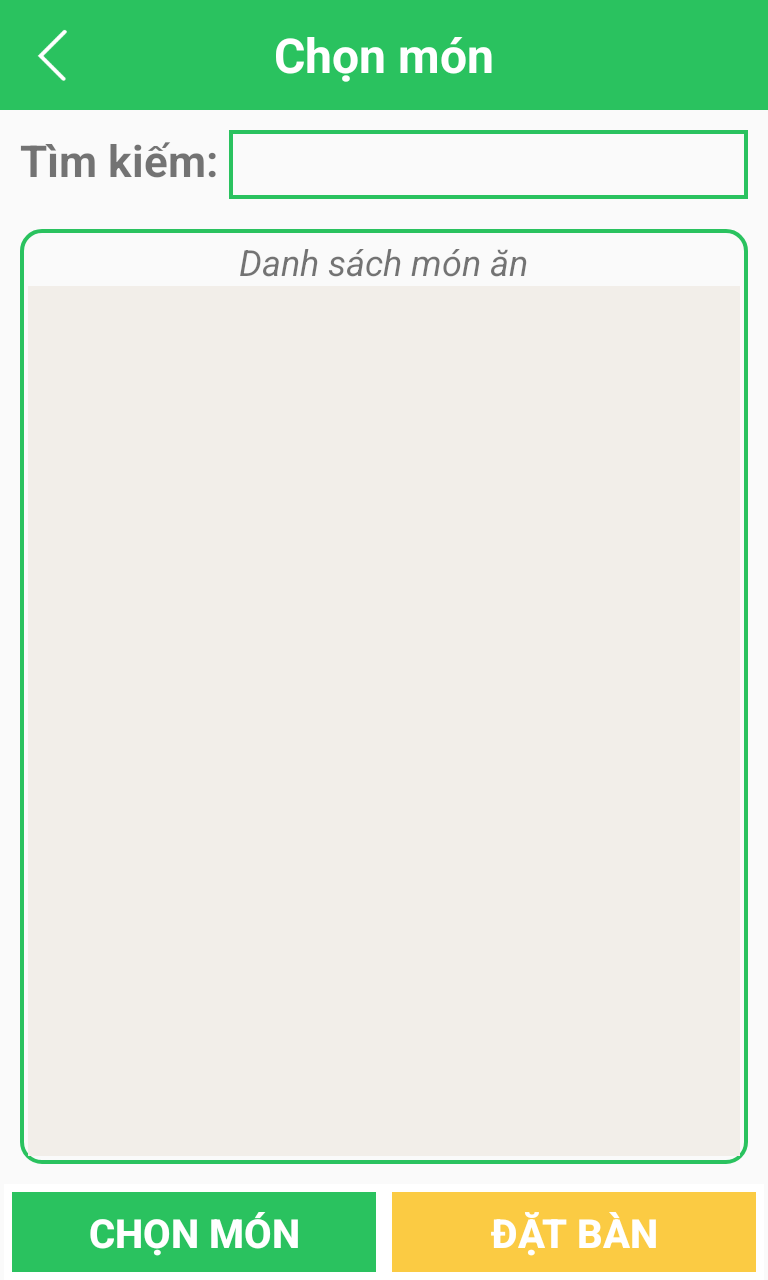
Repository: yenthanh132/Intelresment_AndroidClientApp
Layout: Intelresment/res/layout/activity_order.xml
An editor plug-in stored every save of this project. The layout is shown before and after the next save, followed by the edit.
It is drawn on a 768 x 1280 px phone screen (xhdpi) without system bars, with theme AppTheme; the app's code is not run. Lists and similar views that code fills are empty.

Above is the layout before, as saved 2014-12-27 07:54:03.

After the next save:
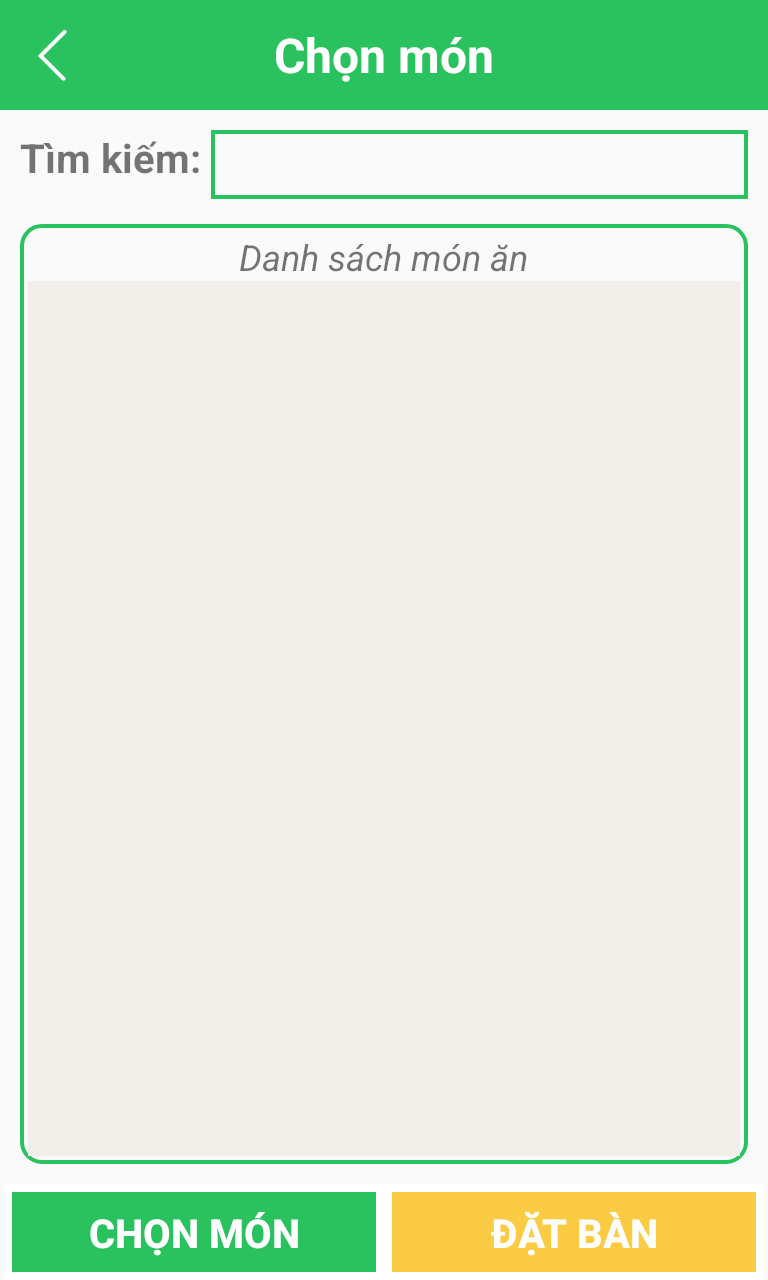
Saved 13 s later.
--- a/Intelresment/res/layout/activity_order.xml
+++ b/Intelresment/res/layout/activity_order.xml
@@ -42,7 +42,7 @@
             android:layout_width="wrap_content"
             android:layout_height="wrap_content"
             android:text="Tìm kiếm: "
-            android:textSize="22sp"
+            android:textSize="20sp"
             android:textStyle="bold" />
 
         <EditText
